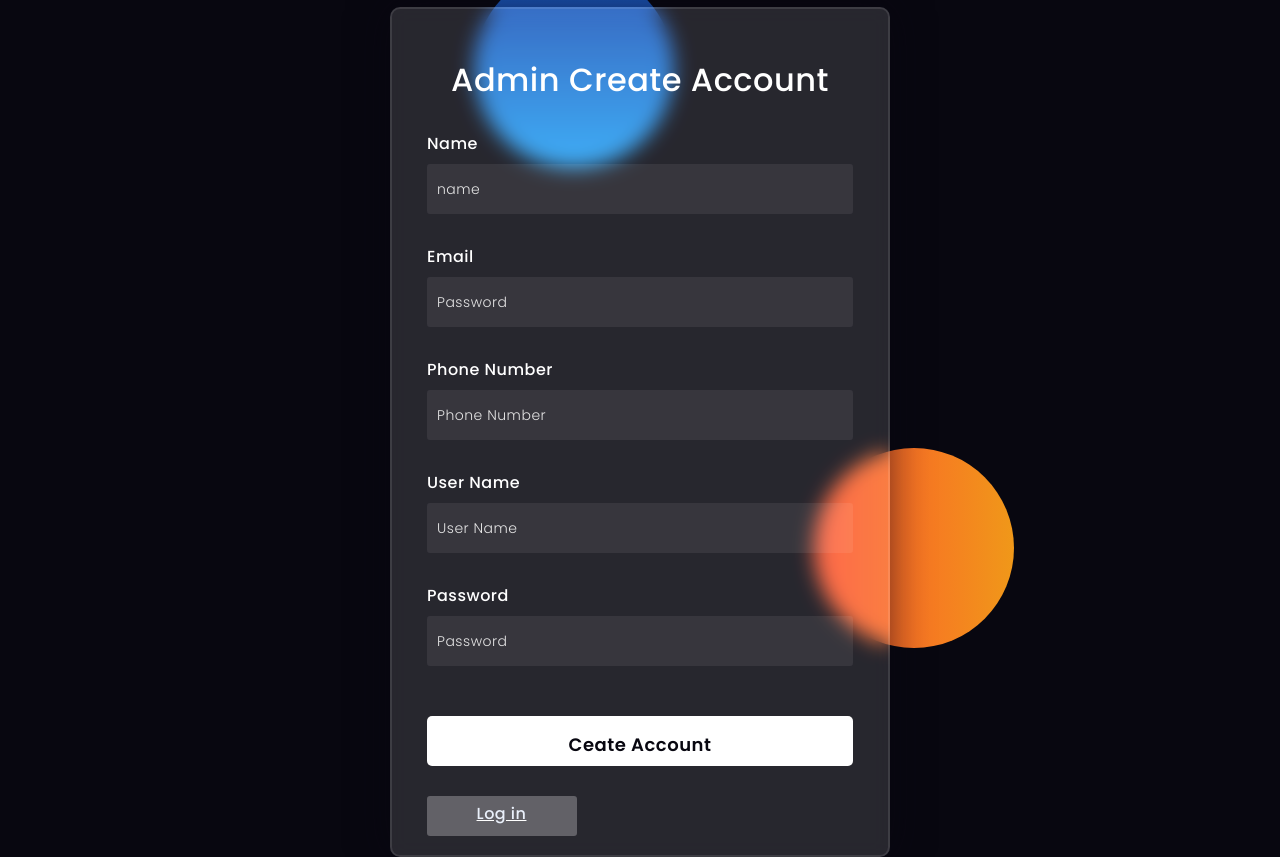
Repository: Ravindu200232/Food_Odering_App
Page: http://localhost/ordering/admininsert.jsp
These files come from the project's save history. The page is drawn as it stood at one moment and after the next save; the edit follows.
The browser window is 1280 px wide. The pictures show the whole page.
The page is served by Tomcat 9.

Above is the page before, as saved 2024-05-19 20:43:34.

After the next save:
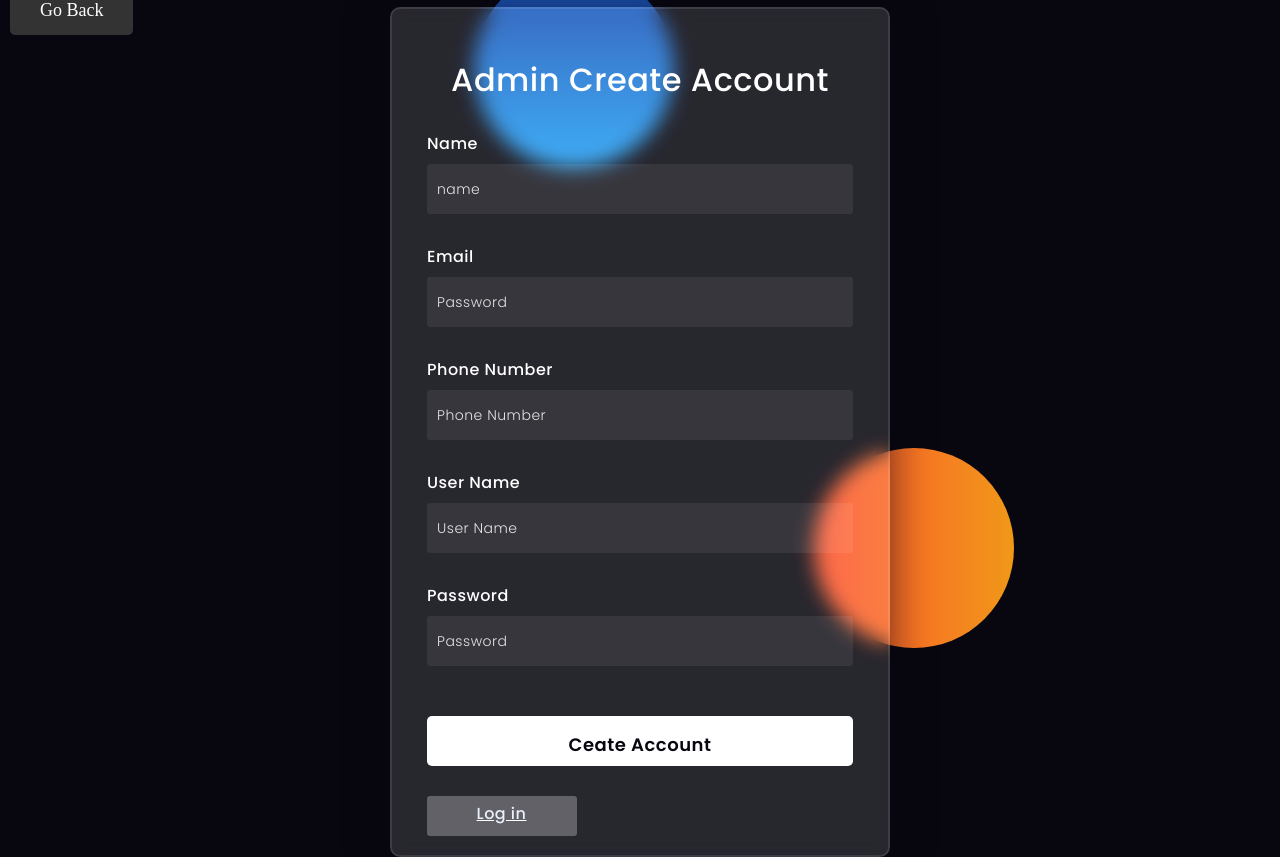
Saved 3 min 25 s later.
--- a/ordering/src/main/webapp/admininsert.jsp
+++ b/ordering/src/main/webapp/admininsert.jsp
@@ -136,10 +136,28 @@ input{
   margin-right: 4px;
 }
 
+.button {
+            padding: 15px 30px;
+            font-size: 18px;
+            background-color: #333;
+            color: #fff;
+            border: none;
+            border-radius: 5px;
+            cursor: pointer;
+            transition: background-color 0.3s;
+            text-decoration: none;
+            margin: 10px;
+        }
+        .button:hover {
+            background-color: #555;
+        }
+
     </style>
 </head>
 <body>
 
+
+<a href="index.jsp" class="button">Go Back</a>
 <div class="background">
         <div class="shape"></div>
         <div class="shape"></div>
